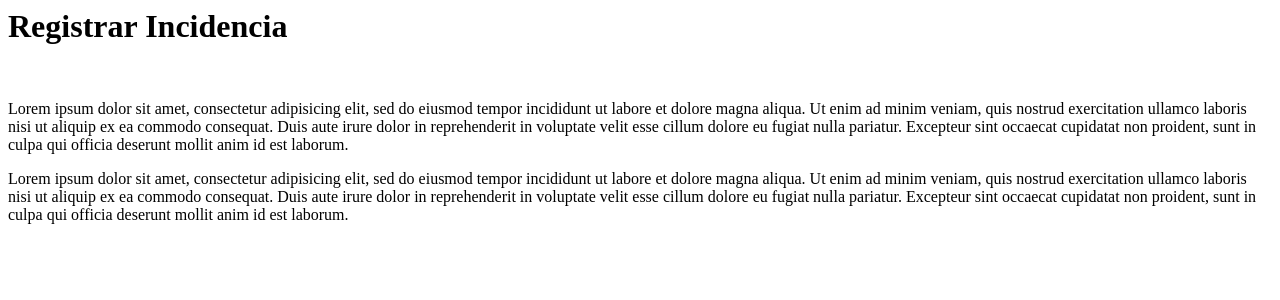
Repository: androla10/ProyectoCibert5to
Page: http://localhost/GDI/Incidencia/RegistrarIncidencia.jsp
The author's editor kept a copy of each file at every save. The page is drawn from the files as they stood at one save, then again after the next save.
The browser window is 1280 px wide. The pictures show the whole page.
The page is served by Tomcat 9. Nobody is signed in. The application's start-up code is not run.

Above is the page before, as saved 2016-05-10 14:18:26.

After the next save:
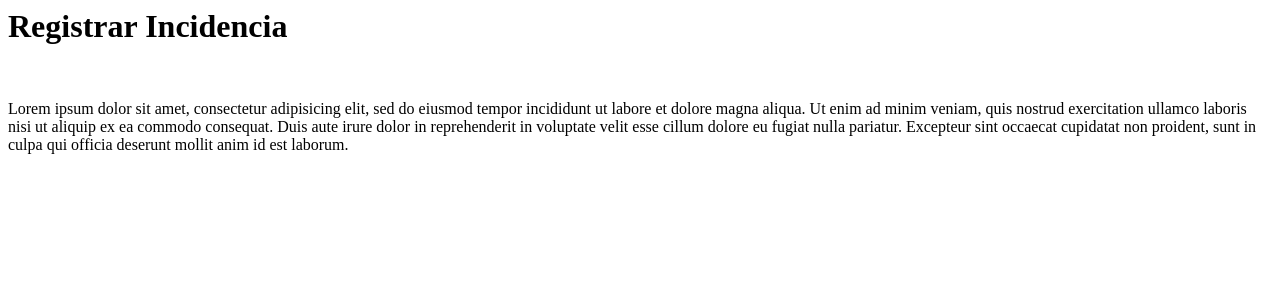
Saved 8 s later.
--- a/GDI/src/main/webapp/Incidencia/RegistrarIncidencia.jsp
+++ b/GDI/src/main/webapp/Incidencia/RegistrarIncidencia.jsp
@@ -3,13 +3,7 @@
 	<br>
 	<div class="row">
 		<div class="col-xs-12 col-sm-6 col-md-6 col-lg-3">
-			<p>Lorem ipsum dolor sit amet, consectetur adipisicing elit, sed
-				do eiusmod tempor incididunt ut labore et dolore magna aliqua. Ut
-				enim ad minim veniam, quis nostrud exercitation ullamco laboris nisi
-				ut aliquip ex ea commodo consequat. Duis aute irure dolor in
-				reprehenderit in voluptate velit esse cillum dolore eu fugiat nulla
-				pariatur. Excepteur sint occaecat cupidatat non proident, sunt in
-				culpa qui officia deserunt mollit anim id est laborum.</p>
+
 		</div>
 		<div class="col-xs-12 col-sm-6 col-md-6 col-lg-3">
 			<p>Lorem ipsum dolor sit amet, consectetur adipisicing elit, sed
